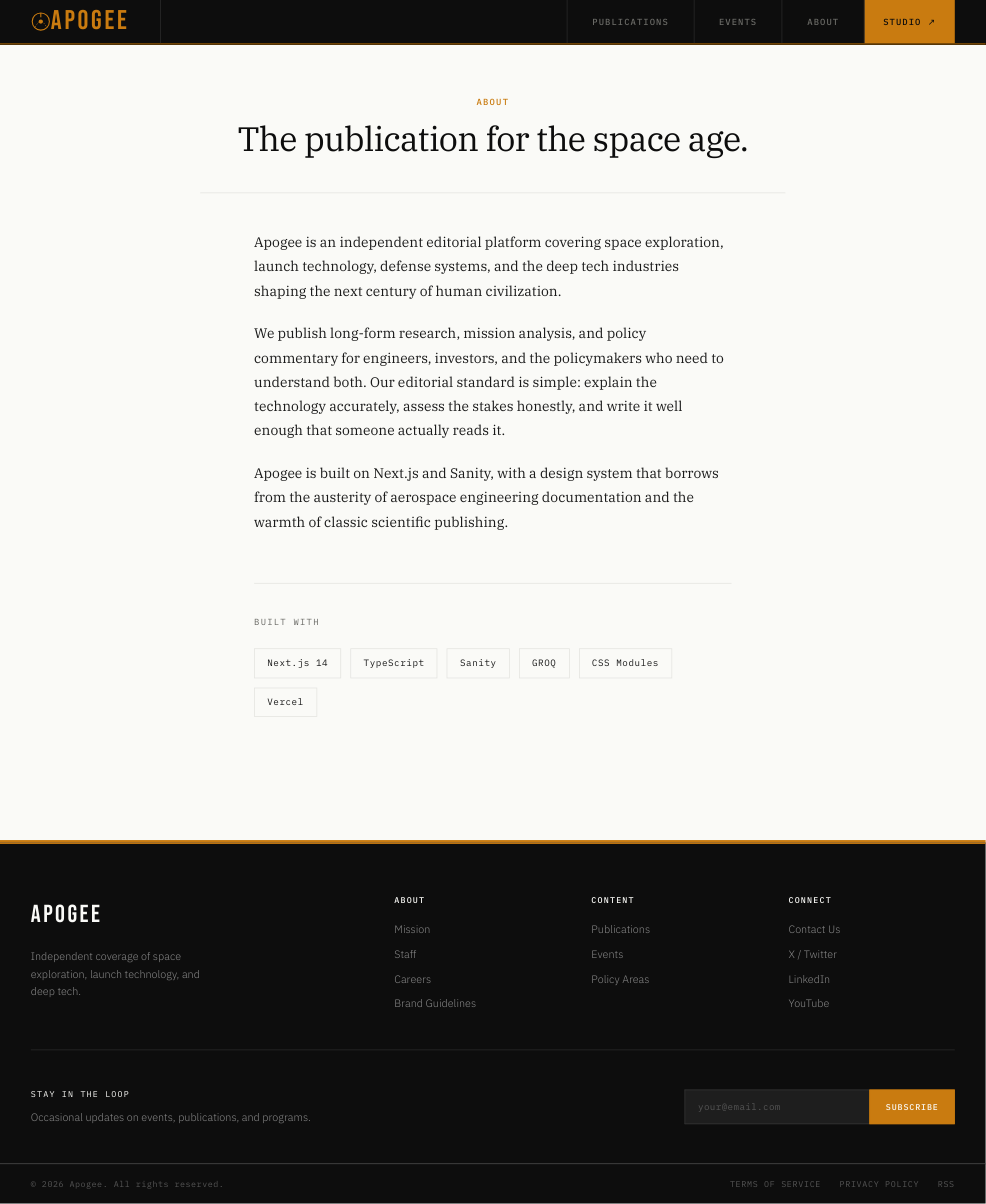
Repository: aricmoore/apogee
Page: /about
The author's editor kept a copy of each file at every save. The page is drawn from the files as they stood at one save, then again after the next save.
The browser window is 1280 px wide. The pictures show the whole page, at 77% of full size.
The project was rebuilt for these pictures with package versions that can differ from the ones it lists, and the page was loaded fresh each time. The framework's server and built-in components were replaced by stand-ins that run in the browser. Also part of the build but not shown: next.config.ts.

Above is the page before, as saved 2026-04-12 20:47:40.

After the next save:
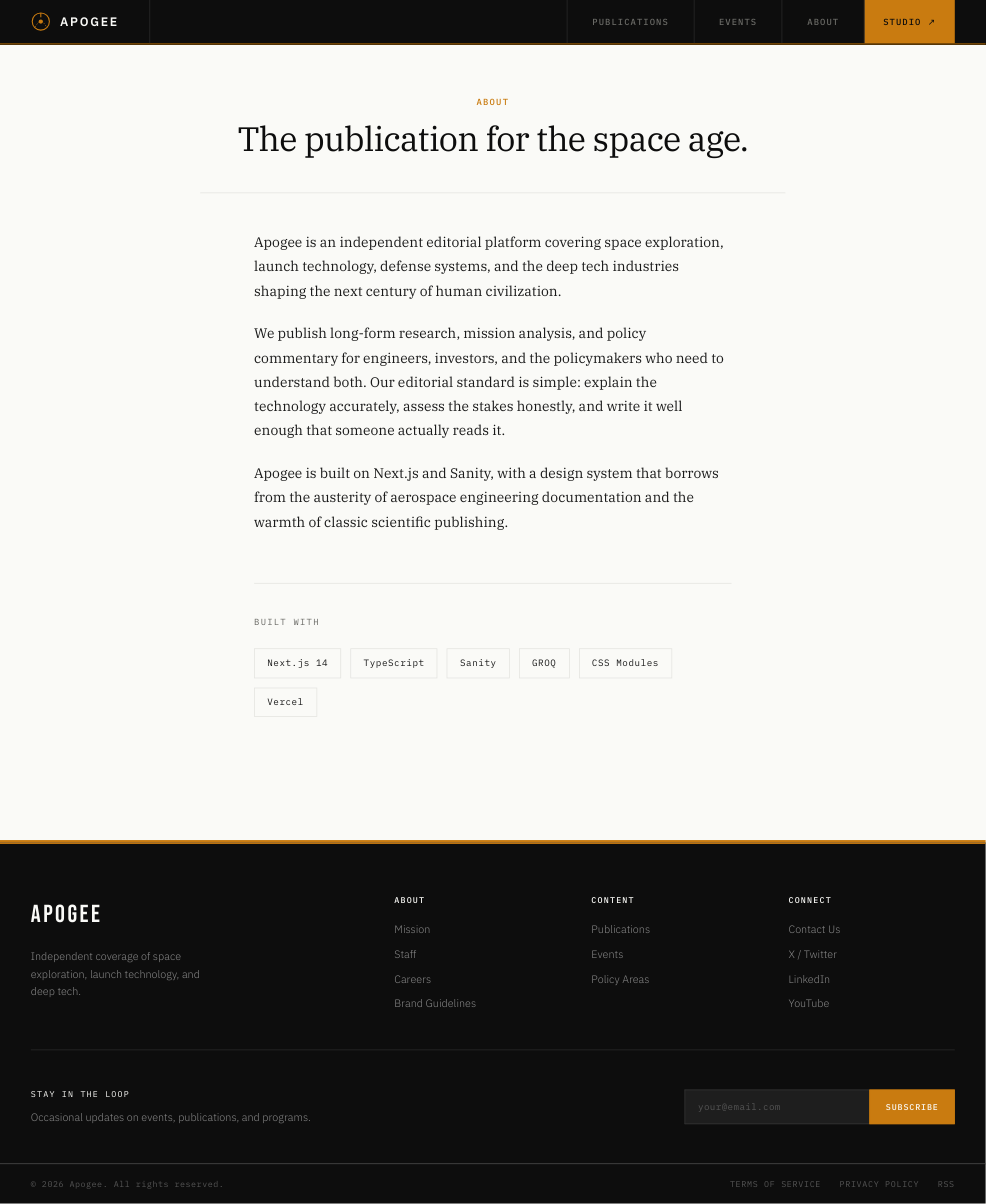
Saved 33 s later.
--- a/src/components/Nav.module.css
+++ b/src/components/Nav.module.css
@@ -19,18 +19,23 @@
 .wordmark {
   display: flex;
   align-items: center;
-  font-family: var(--font-display);
-  font-size: 2.2rem;
-  letter-spacing: 0.1em;
-  color: var(--amber);
+  gap: var(--space-3);
   padding-right: var(--space-10);
   border-right: 1px solid #2a2a2a;
-  transition: color 0.15s;
-  line-height: 1;
-  white-space: nowrap;
+  transition: opacity 0.15s;
 }
 
-.wordmark:hover { color: var(--amber-light); }
+.wordmark:hover { opacity: 0.8; }
+
+.wordmarkText {
+  font-family: var(--font-sans);
+  font-size: 1rem;
+  font-weight: 600;
+  letter-spacing: 0.14em;
+  text-transform: uppercase;
+  color: var(--white);
+  line-height: 1;
+}
 
 .links {
   display: flex;
